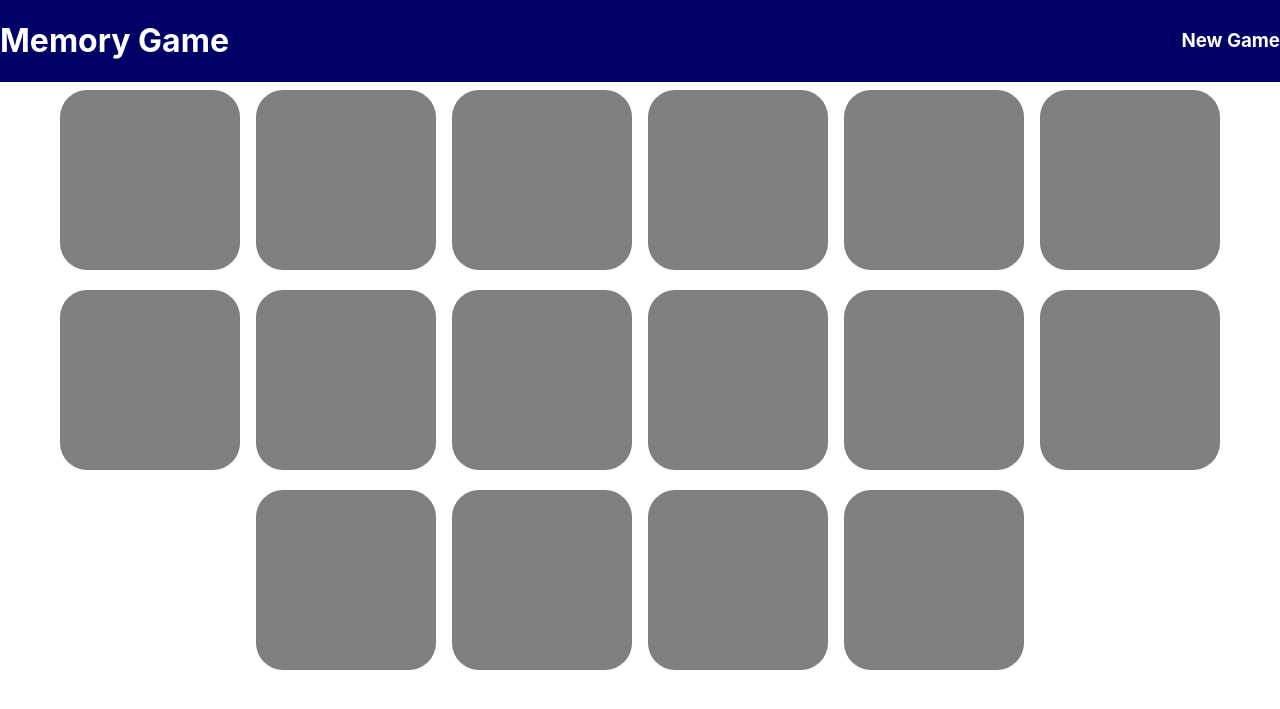
Repository: sokafootball/memory_game
Page: /
The author's editor kept a copy of each file at every save. The page is drawn from the files as they stood at one save, then again after the next save.
The browser window is 1280 px wide. The pictures show the whole page.
The project was rebuilt for these pictures with package versions that can differ from the ones it lists, and the page was loaded fresh each time.

Above is the page before, as saved 2019-01-21 12:50:44.

### src/App.js
import React, { Component } from 'react';
import './App.css';
import {Game} from './Game'
import {Navbar} from './Navbar'

class App extends Component {
  constructor(props) {
    super(props)
    this.state = {
      cards: [
        {id: 0, color: 'red', status: 'hidden'},
        {id: 1, color: 'red', status: 'hidden'},
        {id: 2, color: 'blue', status: 'hidden'},
        {id: 3, color: 'blue', status: 'hidden'},
        {id: 4, color: 'yellow', status: 'hidden'},
        {id: 5, color: 'yellow', status: 'hidden'},
        {id: 6, color: 'black', status: 'hidden'},
        {id: 7, color: 'black', status: 'hidden'},
        {id: 8, color: 'pink', status: 'hidden'},
        {id: 9, color: 'pink', status: 'hidden'},
        {id: 10, color: 'green', status: 'hidden'},
        {id: 11, color: 'green', status: 'hidden'},
        {id: 12, color: 'orange', status: 'hidden'},
        {id: 13, color: 'orange', status: 'hidden'},
        {id: 14, color: 'purple', status: 'hidden'},
        {id: 15, color: 'purple', status: 'hidden'}
      ],
      showingCards: 0
    }
    this.handleCardClick = this.handleCardClick.bind(this)
    this.newGame = this.newGame.bind(this)
    setTimeout(this.shuffleCards, 50)
  }

  countShowingCards = () => {
    console.log('countShowingCards called')
    let showingCards = 0
    this.state.cards.forEach(card => {if(card.status === 'showing')showingCards++})
    this.setState({showingCards}, () => {
      console.log(this.state.showingCards)
      if(this.state.showingCards === 2){
        this.compareCards()
      }
    })
  }

  showCard = (clickedCard, id) => {
    console.log('showCard called')
    if(clickedCard.status === 'hidden' && this.state.showingCards < 2){
      clickedCard.status = 'showing'
      let newCards = this.state.cards.slice()
      newCards = newCards.map(card => (card.id === id ? clickedCard : card))
      this.setState({cards: newCards}, this.countShowingCards)
      }
    }

  handleCardClick = (id) => {
    console.log('button clicked')
    const clickedCard = this.state.cards.filter((card) => card.id === id)[0]
    this.showCard(clickedCard, id)
  }

  compareCards = () => {
    console.log('compareCards called')
    let comparedCards = this.state.cards.filter((card) => card.status === 'showing')
    const isMatch = comparedCards[0].color === comparedCards[1].color
    setTimeout(() => {
      comparedCards.forEach(card => {isMatch ? card.status = 'matched' : card.status = 'hidden'})
      let newCards = this.state.cards.slice()
      newCards = newCards.map(newCard => {
        if(comparedCards.some(card => card.id === newCard.id)){
          isMatch ? newCard.status = 'matched' : newCard.status = 'hidden'
        }
        return newCard
      })
      this.setState({newCards, showingCards:0})
    }, 1000)
  }

  shuffleCards = () => {
    console.log('ShuffleCards called')
    let myCards = this.state.cards.slice()
    for (let i = myCards.length - 1; i > 0; i--) {
        const j = Math.floor(Math.random() * (i + 1));
        [myCards[i], myCards[j]] = [myCards[j], myCards[i]];
    }
    this.setState({cards: myCards}, console.log(this.state.cards))
  }

  newGame = () => {
    //shuffle cards
    setTimeout(this.shuffleCards, 50)    //set all cards to hidden and showing cards to 0
    let myCards = this.state.cards.slice()
    myCards.forEach(card => card.status = 'hidden')
    this.setState({cards: myCards, showingCards: 0})
  }

  render() {
    return (
      <div className="App">
        <Navbar
        newGame={this.newGame}
        />
        <Game
        cards={this.state.cards}
        handleCardClick={this.handleCardClick}
        />
      </div>
    );
  }
}

export default App;

### src/Game.js
import React from 'react'
import {Card} from './Card'
// import './Game.css'
import PropTypes from 'prop-types'

const Game = (props) => {
  const myCards = props.cards.map((c, index) => {
    return <Card {...c} key={index} handleCardClick = {props.handleCardClick}/>
  })
    return (
      <div className="cardsDiv">
        {myCards}
      </div>
    )
}

Game.defaultProps = {
  handleCardClick: () => {console.log('handleCardClick function not provided')},
  cards: () => [
    {id: 0, color: 'black', status: 'showing'},
    {id: 1, color: 'black', status: 'showing'},
    {id: 2, color: 'black', status: 'showing'},
    {id: 3, color: 'black', status: 'showing'},
    {id: 4, color: 'black', status: 'showing'},
    {id: 5, color: 'black', status: 'showing'},
    {id: 6, color: 'black', status: 'showing'},
    {id: 7, color: 'black', status: 'showing'},
    {id: 8, color: 'black', status: 'showing'},
    {id: 9, color: 'black', status: 'showing'},
    {id: 10, color: 'black', status: 'showing'},
    {id: 11, color: 'black', status: 'showing'},
    {id: 12, color: 'black', status: 'showing'},
    {id: 13, color: 'black', status: 'showing'},
    {id: 14, color: 'black', status: 'showing'},
    {id: 15, color: 'black', status: 'showing'}
  ]
}

Game.propTypes = {
  handleCardClick: PropTypes.func.isRequired,
  cards: PropTypes.arrayOf(PropTypes.object).isRequired
}

export {Game}

### src/Navbar.js
import React from 'react'
import './Navbar.css'
import PropTypes from 'prop-types'

const Navbar = (props) => {
    return (
      <div className='mainBar'>
        <h1>Memory Game</h1>
        <h3 onClick={props.newGame}>New Game</h3>
      </div>
    )
}

Navbar.defaultProps = {
  newGame: () => {console.log('from Navbar: newGame function not provided')}
}

Navbar.propTypes = {
  newGame: PropTypes.func.isRequired
}

export {Navbar}

### src/Card.js
import React from 'react'
import PropTypes from 'prop-types'
import './Card.css'

const Card = (props) => {

if(props.status !== 'hidden'){
  var style = {
    backgroundColor: props.color
  }
}

  return (
    <div className="card" style={style}></div>
  )
}

Card.defaultProps = {
  color: 'grey'
}

Card.propTypes = {
  color: PropTypes.string
}

export {Card}

### src/Navbar.css
h3 {
  cursor: pointer;
}

.mainBar {
  color: white;
  background: #000066;

  display: flex;
  justify-content: space-between;
  align-items: center;
}

### src/Card.css
.card {
  margin: 8px;
  width: 180px;
  height: 180px;
  display: inline-block;
  background: grey;
  border-radius: 15%;
  transition: background 1s;
}

Loaded but not shown: public/index.html (common file); src/index.js (common file); src/index.css (common file); src/serviceWorker.js (common file); src/App.css (common file)

After the next save:
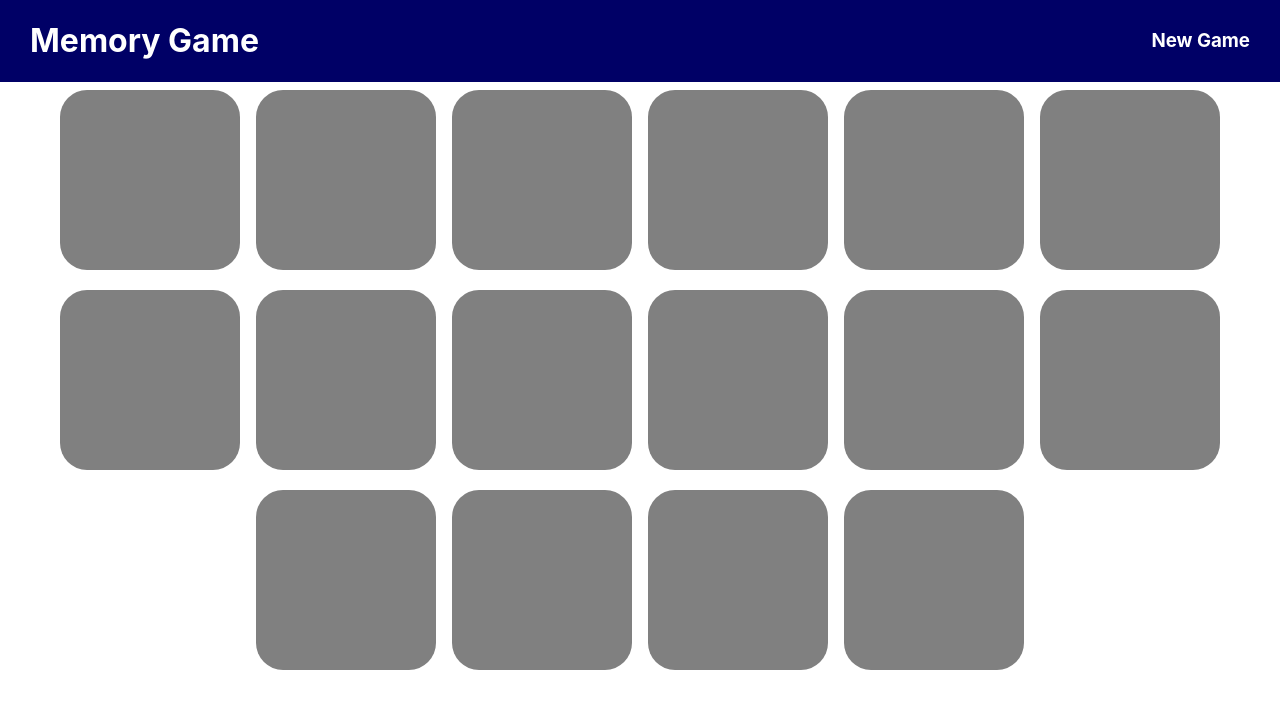
Saved 73 s later.
--- a/src/Navbar.css
+++ b/src/Navbar.css
@@ -5,7 +5,7 @@ h3 {
 .mainBar {
   color: white;
   background: #000066;
-
+  padding: 0px 30px;
   display: flex;
   justify-content: space-between;
   align-items: center;
